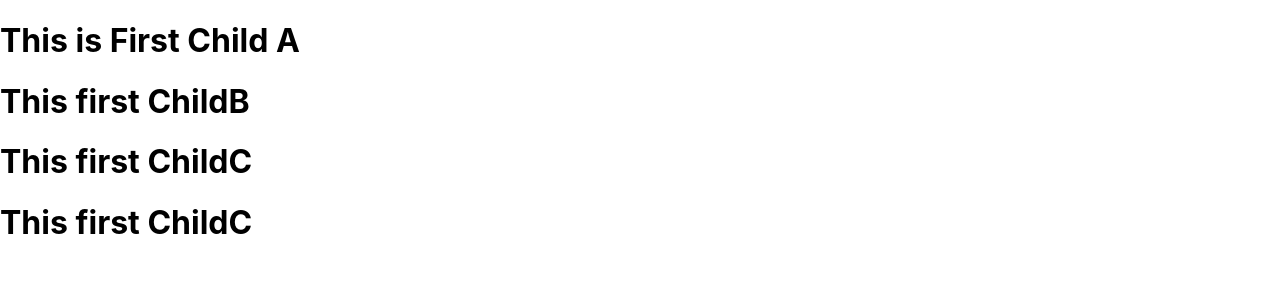
Repository: OmniaRafat232111121/Contextapp
Page: /
These files come from the project's save history. The page is drawn as it stood at one moment and after a run of saves; the edit follows.
The browser window is 1280 px wide. The pictures show the whole page.
The project was rebuilt for these pictures with package versions that can differ from the ones it lists, and the page was loaded fresh each time.

Above is the page before, as saved 2022-11-06 13:24:31.

After the next 2 saves:
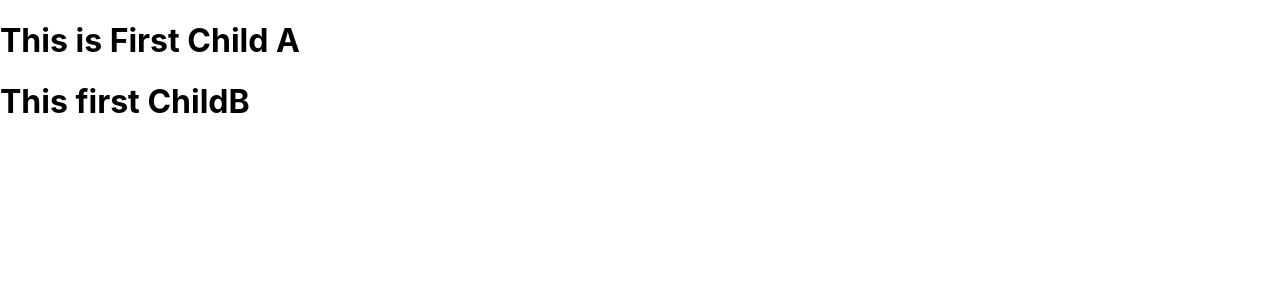
The 2 saves are shown as one change because they came seconds apart.
The last was saved 14 s later.
--- a/src/components/ChildC.jsx
+++ b/src/components/ChildC.jsx
@@ -3,7 +3,6 @@ import React from 'react'
 const ChildC = ({fName,lName}) => {
   return (
     <div>
-          <h1>This first ChildC</h1>
           <h4>{fName}</h4>
           <h4>{lName}</h4>
     </div>
